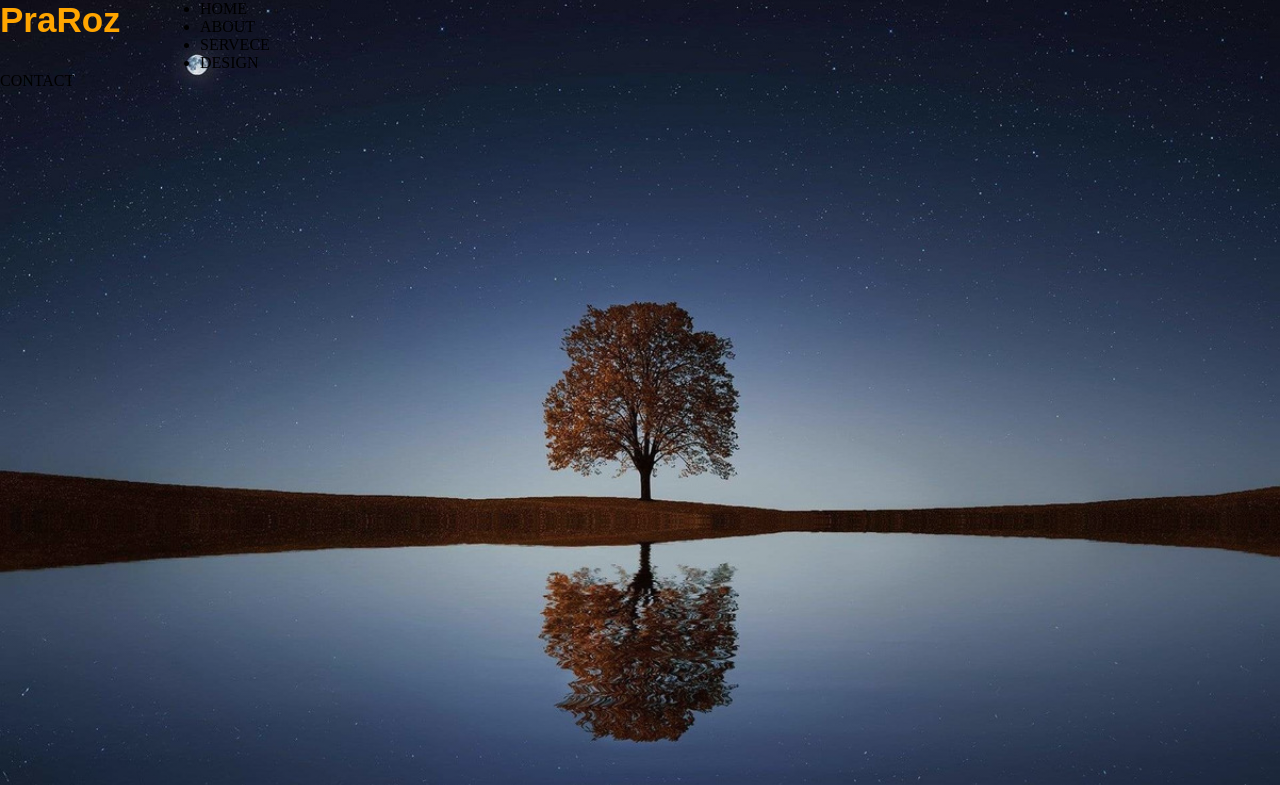
Repository: HuynhDuc23/project3
Page: index.html
The author's editor kept a copy of each file at every save. The page is drawn from the files as they stood at one save, then again after the next save.
The browser window is 1280 px wide. The pictures show the whole page.

Above is the page before, as saved 2023-05-04 14:22:01.

### index.html
<html lang="en">
<head>
    <meta charset="UTF-8">
    <meta http-equiv="X-UA-Compatible" content="IE=edge">
    <meta name="viewport" content="width=device-width, initial-scale=1.0">
    <link rel="stylesheet" href="https://cdnjs.cloudflare.com/ajax/libs/font-awesome/6.4.0/css/all.min.css" integrity="sha512-iecdLmaskl7CVkqkXNQ/ZH/XLlvWZOJyj7Yy7tcenmpD1ypASozpmT/E0iPtmFIB46ZmdtAc9eNBvH0H/ZpiBw==" crossorigin="anonymous" referrerpolicy="no-referrer" />
    <link rel="stylesheet" href="style.css">
    <title>Document</title>
</head>
<body>
    <div class="main">
        <div class="navbar">
            <div class="icon">
                <h2 class="logo">PraRoz</h2>
            </div>
            <div class="menu">
                <ul>
                    <li>HOME</li>
                    <li>ABOUT</li>
                    <li>SERVECE</li>
                    <li>DESIGN</li>
                    <li>CONTACT</li>
                </ul>
            </div>
        </div>
    </div>
</body>
</html>

### style.css
* {
    margin: 0;
    padding: 0;
}
.main {
    width: 100%;
    background-image: linear-gradient(to right bottom , rgba(176, 55, 55, 0),rgba(0, 0, 0, 0.286)),url("img/Project3.png");
    background-position: center;
    background-size: cover;
    background-repeat: no-repeat;
    height: 109vh;
}
.navbar
{
    width: 1200px;
    height: 75px;
    /* margin: auto; */
}
.icon {
    width: 200px;
    float: left;
    height: 70px;

}
.logo {
    color: orange;
    font-size: 35px;
    font-family: Arial, Helvetica, sans-serif;
    /* padding-left: 20px; */
    /* float: left; */
    /* padding-top: 10px; */
}

After the next save:
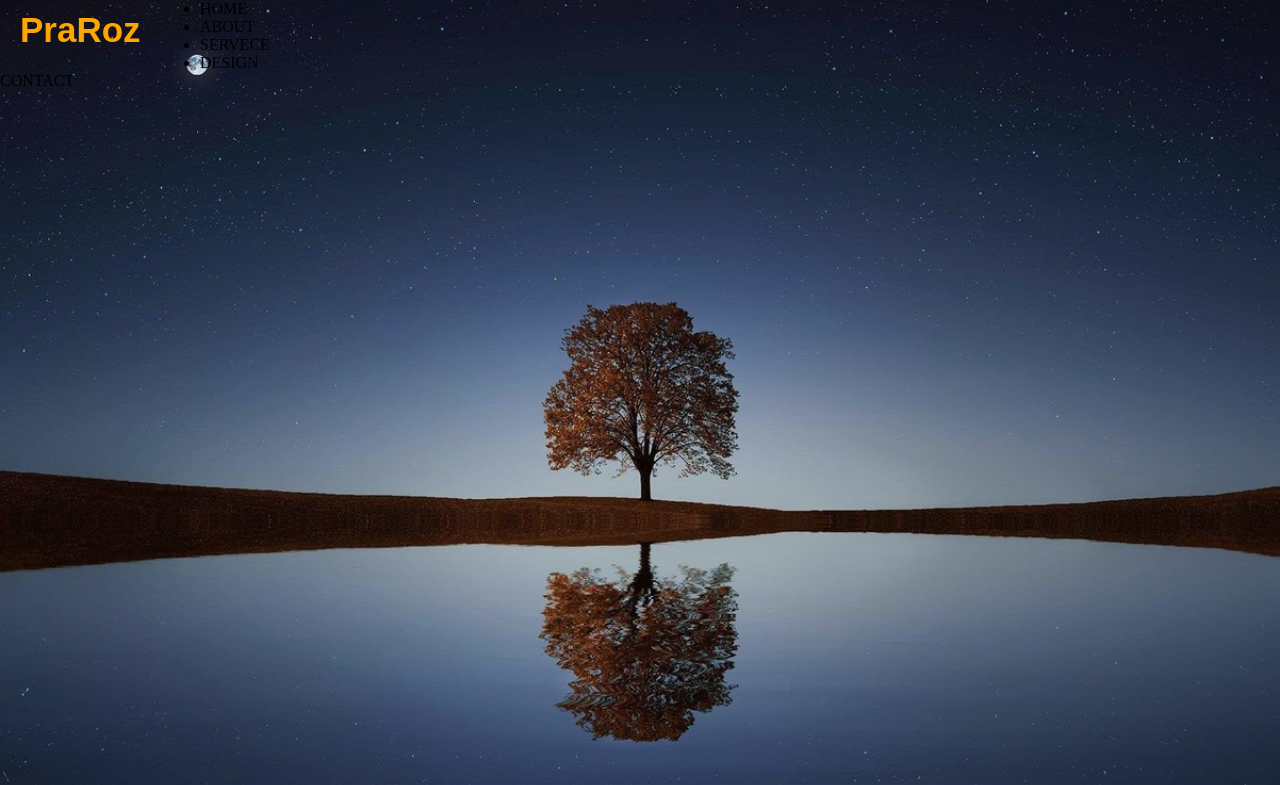
Saved 58 s later.
--- a/style.css
+++ b/style.css
@@ -26,7 +26,7 @@
     color: orange;
     font-size: 35px;
     font-family: Arial, Helvetica, sans-serif;
-    /* padding-left: 20px; */
-    /* float: left; */
-    /* padding-top: 10px; */
+    padding-left: 20px;
+    float: left;
+    padding-top: 10px;
 }
